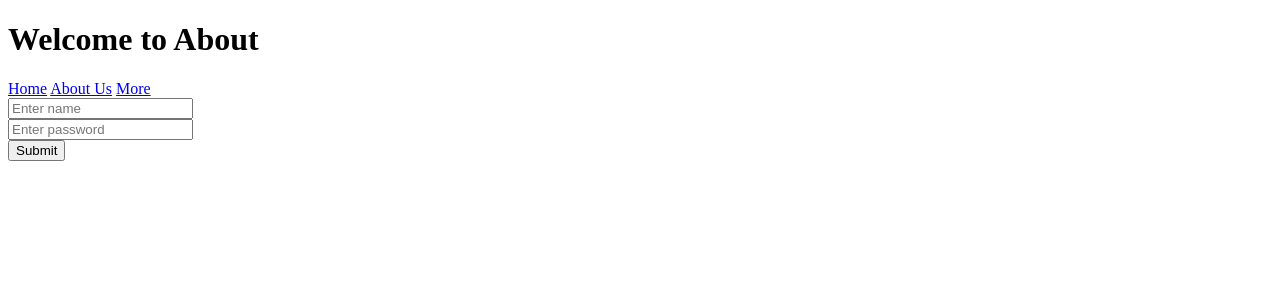
Repository: Senyadt2/Projects-On-Java
Page: http://localhost/HttpSession/about.jsp
An editor plug-in stored every save of this project. The page is shown before and after the next save, followed by the edit.
The browser window is 1280 px wide. The pictures show the whole page.
The page is served by Tomcat 10. Other server files are loaded and not shown.

Above is the page before, as saved 2024-03-24 09:56:12.

### HttpSession/src/main/webapp/about.jsp
<!DOCTYPE html>
<html>
<head>
<meta charset="ISO-8859-1">
<title>Insert title here</title>
</head>
<body>
	<h1>Welcome to About</h1>
	<a href="home.jsp">Home</a>
	<a href="about.jsp">About Us</a>
	<a href="profile.jsp">More</a>
	<form action="MyServlet" method="get">
		<input type="text" name="name" placeholder="Enter name"><br>
		<input type="password" name="password" placeholder="Enter password"><br>
		<button type="submit" value="login">Submit</button>
	</form>

</body>
</html>

After the next save:
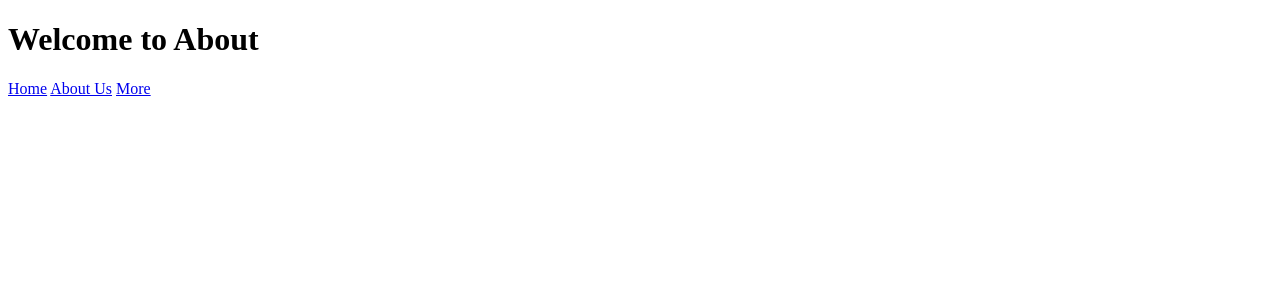
Saved 6 s later.
--- a/HttpSession/src/main/webapp/about.jsp
+++ b/HttpSession/src/main/webapp/about.jsp
@@ -9,11 +9,7 @@
 	<a href="home.jsp">Home</a>
 	<a href="about.jsp">About Us</a>
 	<a href="profile.jsp">More</a>
-	<form action="MyServlet" method="get">
-		<input type="text" name="name" placeholder="Enter name"><br>
-		<input type="password" name="password" placeholder="Enter password"><br>
-		<button type="submit" value="login">Submit</button>
-	</form>
+
 
 </body>
 </html>
